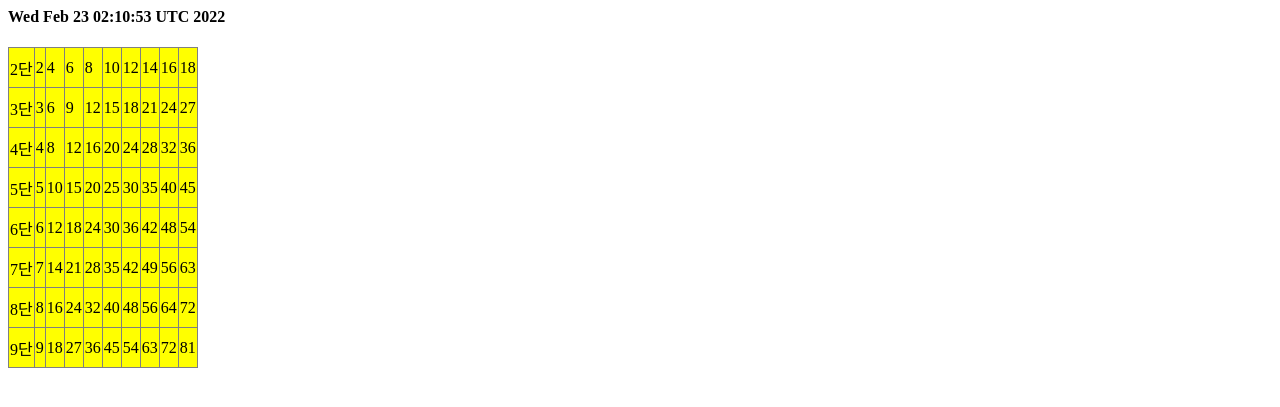
Repository: JavaJin96/kr.or.ddit.WebApp
Page: http://localhost/webStudy01/model2/gugudan.do
An editor plug-in stored every save of this project. The page is shown before and after the next save, followed by the edit.
The browser window is 1280 px wide. The pictures show the whole page.
The page is served by Tomcat 9. Other server files are loaded and not shown.

Above is the page before, as saved 2022-02-28 03:09:33.

### 6.JspSpring/workspace/webStudy01/webapp/WEB-INF/views/gugudan.jsp
<%@ page contentType="text/html; charset=utf-8"%>
<html>
<style type="text/css">
      table{
         background-color: yellow;
         border-collapse: collapse;
      }
      tr{
      	height : 40px;
      }
   </style>
<body>
	<h4><%=request.getAttribute("now")%></h4>
	<table border="1">
		<%=request.getAttribute("gugudan")%>
	</table>
</body>
</html>

### 6.JspSpring/workspace/webStudy01/src/kr/or/ddit/servlet03/Model2GugudanServlet.java
package kr.or.ddit.servlet03;

import java.io.IOException;
import java.util.Calendar;

import javax.servlet.ServletException;
import javax.servlet.annotation.WebServlet;
import javax.servlet.http.HttpServlet;
import javax.servlet.http.HttpServletRequest;
import javax.servlet.http.HttpServletResponse;


@WebServlet("/model2/gugudan.do")
public class Model2GugudanServlet extends HttpServlet{

	@Override
	protected void doGet(HttpServletRequest req, HttpServletResponse resp) throws ServletException, IOException {
		Calendar now = Calendar.getInstance();

		resp.setContentType("text/html; charset=utf-8");
		StringBuffer html = new StringBuffer();

		for(int i = 2; i <= 9; i ++) {
			html.append(String.format("<tr><td> %d단 </td>", i));
			for(int j = 1; j <= 9; j ++) {
				html.append(String.format("<td> %d </td> ",
						i*j));
			}
			html.append("</tr>\n");
		}


		req.setAttribute("now", String.format("%tc", now));
		req.setAttribute("gugudan", html);
		String goPage = "/WEB-INF/views/gugudan.jsp";
		req.getRequestDispatcher(goPage).forward(req, resp);
	}
}

After the next save:
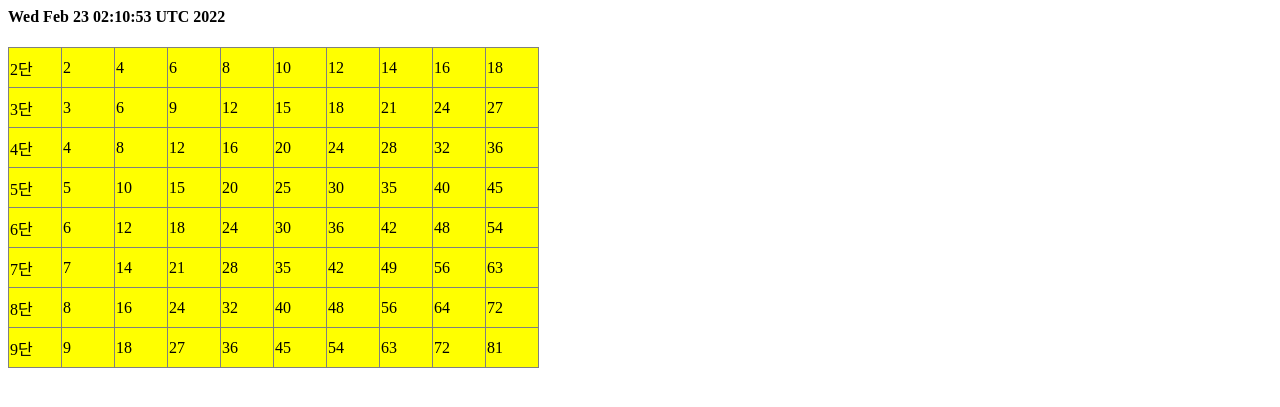
Saved 6 s later.
--- a/6.JspSpring/workspace/webStudy01/webapp/WEB-INF/views/gugudan.jsp
+++ b/6.JspSpring/workspace/webStudy01/webapp/WEB-INF/views/gugudan.jsp
@@ -8,6 +8,9 @@
       tr{
       	height : 40px;
       }
+      td{
+      	width : 50px;
+      }
    </style>
 <body>
 	<h4><%=request.getAttribute("now")%></h4>
